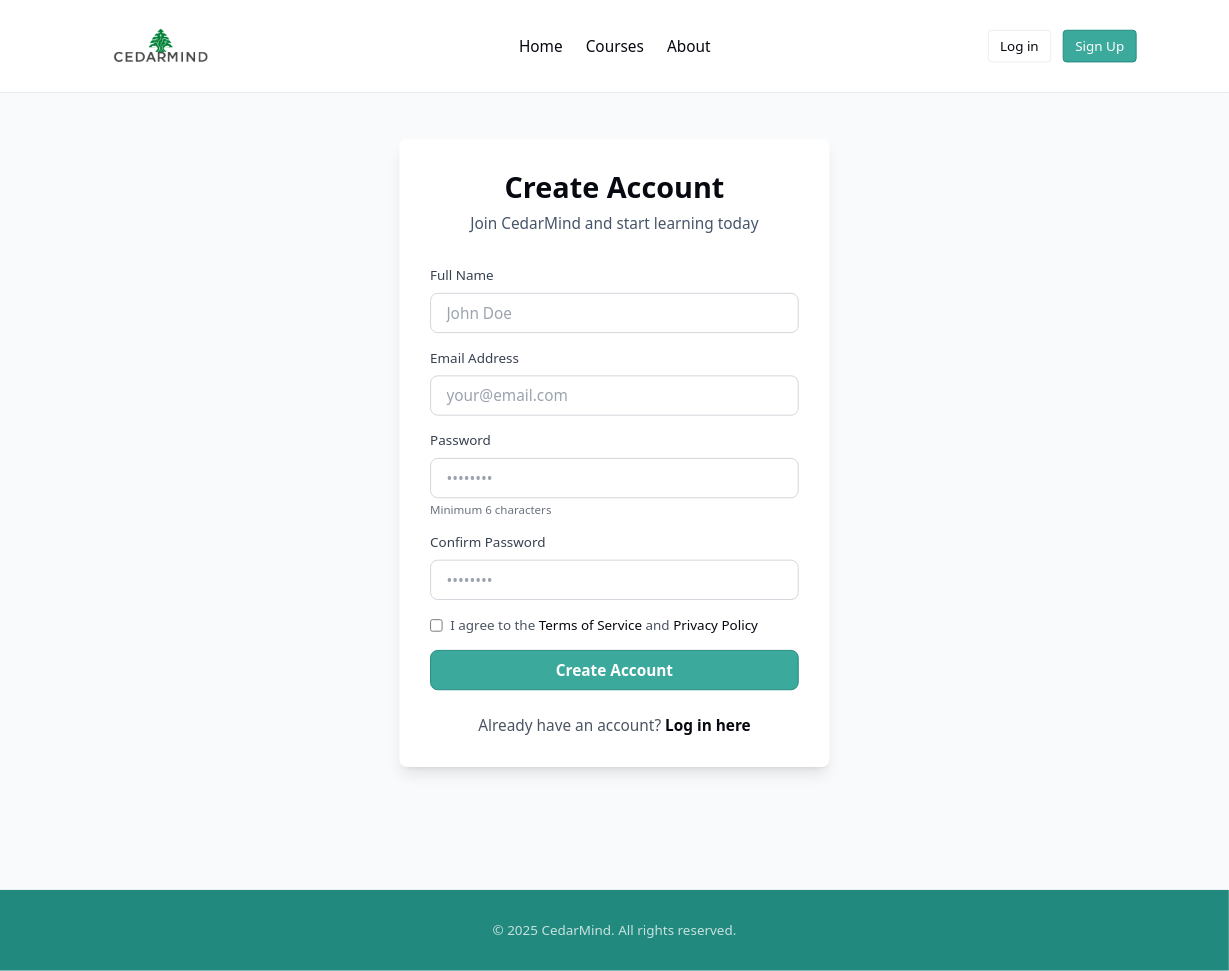
Repository: 1222aa/cedarmind
Page: http://localhost/signup.html
An editor plug-in stored every save of this project. The page is shown before and after the next save, followed by the edit.
The browser window is 1280 px wide. The pictures show the whole page, at 96% of full size.
Some web libraries are served in a nearby version. The page is served by the project's Laravel application, run on PHP 8.4 with Laravel 12.

Above is the page before, as saved 2025-12-02 18:44:03.

After the next save:
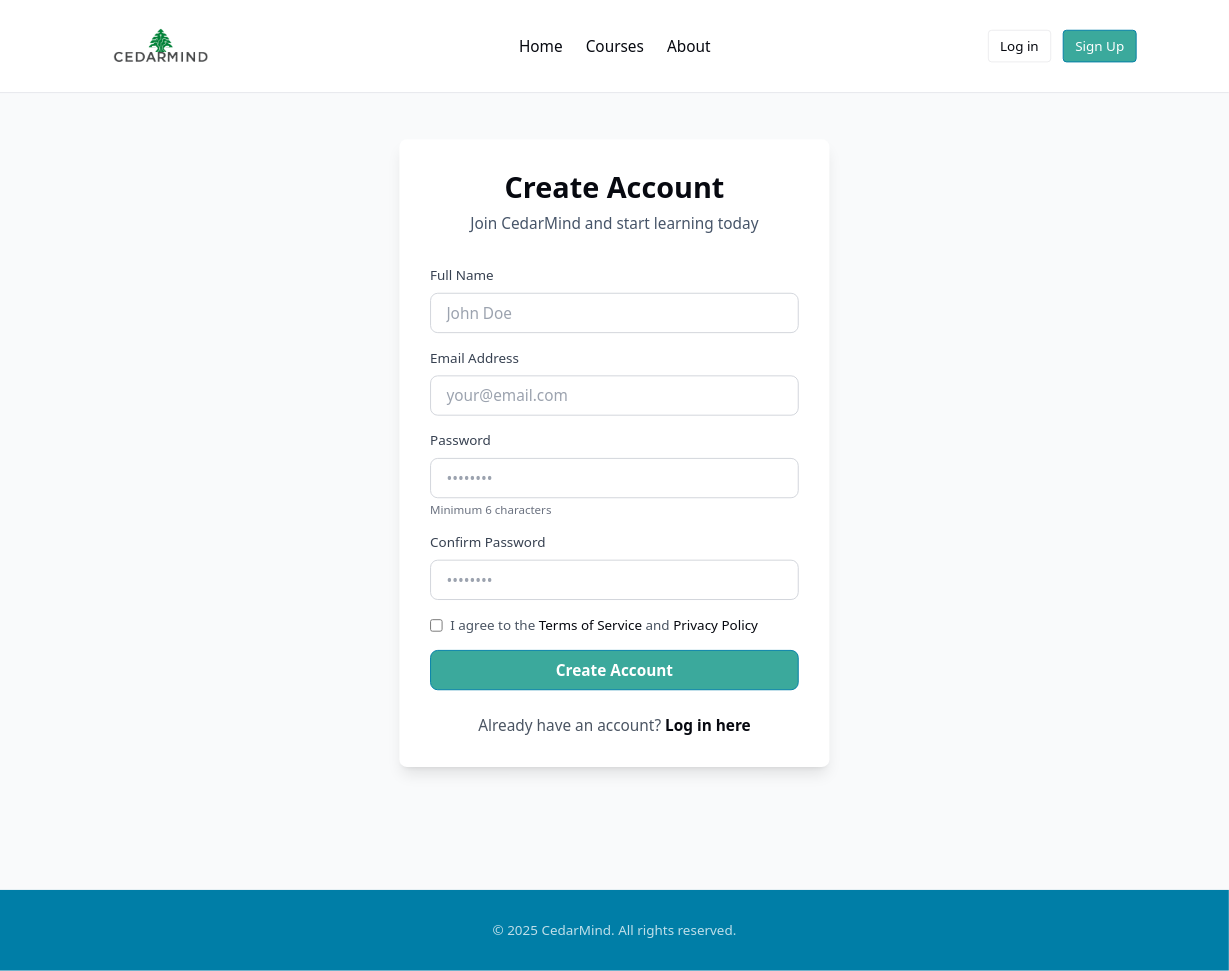
Saved 3 min 25 s later.
--- a/public/css/style.css
+++ b/public/css/style.css
@@ -9,7 +9,7 @@
 :root {
 	--cedar:#3BA99C;
 	--cedar-light:#69D1C5;
-	--cedar-dark: #21897E;
+	--cedar-dark:#007EA7;
 	--text-main: #070910;
 	--background-main: #f9fafb;
     --white: #ffffff;
